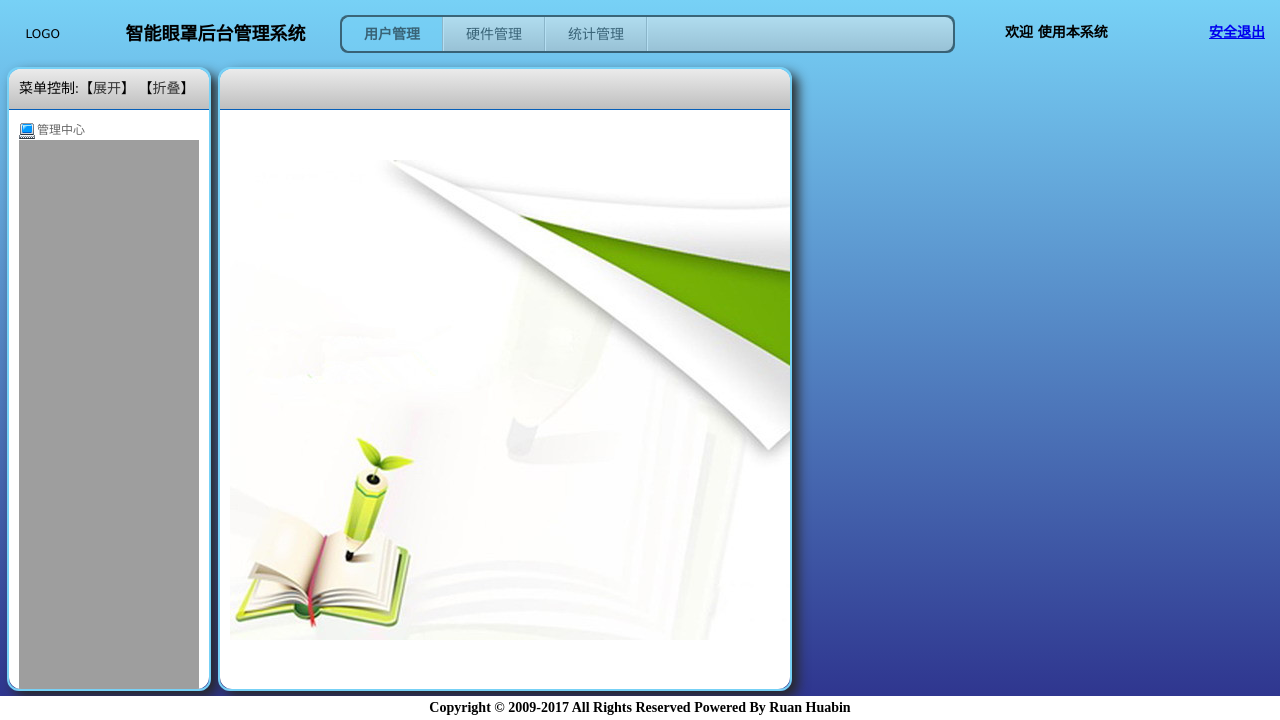
Repository: ruanhuabin/IntelliEyeShade
Page: http://localhost/IntelliEyeShade/admin/admin_login_success.jsp
An editor plug-in stored every save of this project. The page is shown before and after the next save, followed by the edit.
The browser window is 1280 px wide. The pictures show the whole page.
The page is served by Tomcat 9. Nobody is signed in. The application's start-up code is not run. Other server files are loaded and not shown.

Above is the page before, as saved 2016-11-10 09:42:33.

### IntelliEyeShade/WebRoot/admin/admin_login_success.jsp
<%@ page language="java" import="java.util.*" contentType="text/html; charset=utf-8" %>
<%
String path = request.getContextPath();
String basePath = request.getScheme()+"://"+request.getServerName()+":"+request.getServerPort()+path+"/";
%>

<!DOCTYPE html>
<html>
<head>
	<title>后台管理</title>
	<meta http-equiv="content-type" content="text/html;charset=UTF-8">
	<link rel="stylesheet" type="text/css" href="../css/index.css" />
</head>
<body>
<div id="wrapper">
	<div id="header">
		<div id="logo">LOGO</div>
		<div id="title">智能眼罩后台管理系统</div>
		<div id="menu">
			<div id="menu_container">
				<ul id="menu_items">
					<li class="menu_item on" style="border-radius:8px 0 0 8px" onmouseout="this.style.backgroundColor=''" onmouseover="this.style.backgroundColor='#77D1F6';this.style.borderRadius='8px 0 0 8px'"><a>用户管理</a></li>
					<li class="menu_item" onmouseout="this.style.backgroundColor='';this.style.fontWeight='normal'" onmouseover="this.style.backgroundColor='#77D1F6';this.style.fontWeight='bold'"><a>硬件管理</a></li>
					<li class="menu_item" onmouseout="this.style.backgroundColor='';this.style.fontWeight='normal'" onmouseover="this.style.backgroundColor='#77D1F6';this.style.fontWeight='bold'"><a>统计管理</a></li>
					<!-- <li class="menu_item" onmouseout="this.style.backgroundColor='';this.style.fontWeight='normal'" onmouseover="this.style.backgroundColor='#77D1F6';this.style.fontWeight='bold'"><a>网盘管理</a></li>
					<li class="menu_item" onmouseout="this.style.backgroundColor='';this.style.fontWeight='normal'" onmouseover="this.style.backgroundColor='#77D1F6';this.style.fontWeight='bold'"><a>相册管理</a></li>
					 <li class="menu_item" style="border-radius:8px 0 0 8px;border:0px;" onmouseout="this.style.backgroundColor='';this.style.fontWeight='normal'" onmouseover="this.style.backgroundColor='#77D1F6';this.style.borderRadius='0 8px 8px 0';this.style.fontWeight='bold'"><a>邮件管理</a></li>
					-->
				</ul>
			</div>
		</div>
		<div id="user_info">
			<div id="welcome">欢迎 ${sessionScope.loginUserName} 使用本系统</div>
			<div id="logout"><a href="<%=path%>/admin/Administrator_logout.action">安全退出</a></div>
		</div>
	</div>
	<div id="navigator">
		<iframe src="../tree.jsp"></iframe>
        </div>
	<div id="main">
		<iframe name="MainFrame" src="admin_login_main.jsp"></iframe>
	</div>
	<div id="footer">Copyright © 2009-2017 All Rights Reserved Powered By Ruan Huabin</div>
</div>
</body>
<script type="text/javascript">
function screenAdapter(){
	document.getElementById('footer').style.top=document.documentElement.scrollTop+document.documentElement.clientHeight- document.getElementById('footer').offsetHeight+"px";
		document.getElementById('navigator').style.height=document.documentElement.clientHeight-100+"px";
		document.getElementById('main').style.height=document.documentElement.clientHeight-100+"px";
		document.getElementById('main').style.width=window.screen.width-230+"px";
}

window.onscroll=function(){screenAdapter();};
window.onresize=function(){screenAdapter();};
window.onload=function(){screenAdapter();};
</script>
</html>

### IntelliEyeShade/WebRoot/css/index.css
* {
    background: none repeat scroll 0 0 transparent;
    border: 0 none;
    margin: 0;
    padding: 0;
    vertical-align: baseline;
}
body{
    min-height:600px;
    min-width:1280px;
	overflow-y:hidden;
}
#wrapper {
    background-image: -moz-linear-gradient(top,#77D1F6, #2F368F);
    background-image:-webkit-gradient(linear, left top, left bottom, color-stop(0, #77D1F6),color-stop(1, #2F368F));
    font-family: "lucida Grande",Tahoma,Arial;
    font-size: 12px;
    overflow: hidden;
    height:100%;
    width:100%;
    height:100%;
}
#header {
    float: left;
    height: 62px;
    position: relative;
    width: 100%;
    z-index: 10;
	text-align:center;
}
#logo {
	//border:1px solid red;
    float: left;
    height: 38px;
	line-height:38px;
	vertical-align:middle;
    margin: 15px 0 0 1%;
    width: 60px;
}
#title {
	//border:1px solid red;
    float: left;
    height: 38px;
	line-height:38px;
	vertical-align:middle;
    margin: 15px 0 0 1%;
    width: 260px;
	font-family:微软雅黑;
	font-size:18px;
	font-weight:bold;
	text-align:center;
}
#menu{
	position:absolute;
	left:50%;
	margin-top:15px;
	margin-left:-300px;
    float: float;
    height: 38px;
	width:615px;
	line-height:38px;
	vertical-align:middle;
	text-align:center;
    border-radius: 8px;
    background-color:#000000;
    opacity:0.5;
}
#menu_container{
    position:relative;
	margin:2px;
	height: 34px;
	line-height:34px;
    vertical-align:middle;
    border-radius: 8px;
    background-image: -moz-linear-gradient(top,#EBEBEB, #BFBFBF);
    background-image: -webkit-gradient(linear, left top, left bottom, color-stop(0, #EBEBEB),color-stop(1, #BFBFBF));
}
#menu_items{
	list-style:none;
	line-height: normal;
	height: 34px;
	line-height:34px;
	vertical-align:middle;
	font-size:14px;
	border:2px solid solid;
	border-right-style:groove;
}
.menu_item{
	display: list-item;
	float:left;
	width:100px;
	border-right:2px solid #F6F6F6;
	border-right-style:groove;
	cursor:pointer;
}
.on{
	display: list-item;
	float:left;
	width:100px;
	background:#77D1F6;
	font-weight:bold;
}
.menu_item a{
	height: 34px;
	line-height:34px;
	display:block;
}
#user_info {
    height: 35px;
	line-height:35px;
	vertical-align:middle;
    position: relative;
	float:right;
	margin-top:15px;
	margin-right:15px;
	width:240px;
    font-weight:bold;
	font-size:14px;
}
#welcome{
	left:-20px;
    position: relative;
	float:left;
}
#logout{
    position: relative;
	float:right;
}
#footer{
    position: absolute;
	float:left;
    left:0px;
    width: 100%;
    height: 25px;
    vertical-align:middle;
    line-height:25px;
	text-align:center;
	font-family:微软雅黑;
	font-size:14px;
	font-weight:bold;
	font-color:#FFF;
}
#navigator{
    position:relative;
    float:left;
    width:200px;
    margin:5px 2px 5px 2px;
    left:5px;
    border-color: #77D1F6;
    border-width: 2px;
    border-style: solid;
    border-radius: 12px;
    -moz-box-shadow: 6px 6px 12px #282828;
    -webkit-box-shadow: 6px 6px 12px #282828;
}
#main{
    position:relative;
    float:left;
    width: 80%;
    margin:5px;
    left:5px;
    border-color: #77D1F6;
    border-width: 2px;
    border-style: solid;
    border-radius: 12px 12px;
    -moz-box-shadow: 6px 6px 12px #282828;
    -webkit-box-shadow: 6px 6px 12px #282828;
}
iframe{
    height:100%;
    width:100%;
    background:#FFF;
    position:relative;
    border-radius:12px;
    overflow:hidden;
}

### IntelliEyeShade/WebRoot/tree.jsp
<%@ page language="java" import="java.util.*" contentType="text/html; charset=utf-8" %>
<%
String path = request.getContextPath();
String basePath = request.getScheme()+"://"+request.getServerName()+":"+request.getServerPort()+path+"/";
%>
<!DOCTYPE html>
<html>
<head>
	<title>导航树</title>
	<meta http-equiv="content-type" content="text/html;charset=UTF-8">
	<style type="text/css">@import url('components/dtree/dtree.css');</style>
	<script type="text/javascript">var dtreeIconBasePath = "components/dtree";</script>
	<script type="text/javascript"  src="components/dtree/dtree.js"></script>
</head>
<body>
<script type="text/javascript">
var treeMenu = [
	/* { level:1, name:"学生管理"},
	{ level:2, name:"学生列表", ico:"images/icon_default.gif",link:"students/Student_query.action"},
	{ level:1, name:"教师管理"},
	{ level:2, name:"教师列表", ico:"images/icon_default.gif",link:"role_list.html"},
	{ level:1, name:"信息管理"},
	{ level:2, name:"新闻管理", ico:"images/icon_default.gif",link:"news_list.html"},
	{ level:2, name:"公告管理", ico:"images/icon_default.gif",link:"bulletin_list.html"},
	{ level:1, name:"系统邮件", ico:"images/icon_default.gif"},
	{ level:1, name:"网络文件", ico:"images/icon_default.gif",link:"complaint_list.html"}, */
	{ level:1, name:"用户管理", ico:"images/icon_default.gif",link:"users/Users_queryByPage.action"},
	{ level:1, name:"硬件管理", ico:"images/icon_default.gif",link:"devices/Devices_queryByPage.action"},
	{ level:1, name:"统计管理", ico:"images/icon_default.gif",link:"statistics/statistics_filter.jsp"},
];
</script>
<style>
* {
    background: none repeat scroll 0 0 transparent;
    border: 0 none;
    margin: 0;
    padding: 0;
    vertical-align: baseline;
	font-family:微软雅黑;
	overflow:hidden;
}
#menuControll{
	width:100%;
	position:relative;
	word-wrap:break-word;
	border-bottom:1px solid #065FB9;
	margin:0;
	padding:0 10px;
	font-size:14px;
	height:40px;
	line-height:40px;
	vertical-align:middle;
    background-image: -moz-linear-gradient(top,#EBEBEB, #BFBFBF);
    background-image: -webkit-gradient(linear, left top, left bottom, color-stop(0, #EBEBEB),color-stop(1,
#BFBFBF));
}
</style>
<div id="menuControll">
菜单控制:【<a href="#" onclick="tree.openAll();this.blur();return false;" style="color:#333333;text-decoration:none">展开</a>】
【<a href="#" onclick="tree.closeAll();this.blur();return false;" style="color:#333333;text-decoration:none">折叠</a>】
</div>
<div class="dtree" style="margin:10px;">
<script type="text/javascript">
//建立新树
tree = new dTree('tree');
tree.config.target = "MainFrame";
tree.config.useCookies = false;
var selNum = -1;
var link = "";
//根目录
tree.add(0,-1,'管理中心', null, null, null, '', '');
var count = 0;
var pLevelIdArray = new Array();
pLevelIdArray[1] = 0;
var currLevel = 1;
for (var i=0; i<treeMenu.length; i++) {
	var item = treeMenu[i];
	var itemLevel = item.level;
	pLevelIdArray[itemLevel+1] = ++count;
	if (item.link!=null && item.link!="") {
		if (item.ico!=null) {
			tree.add(count, pLevelIdArray[itemLevel], item.name, item.link, null, null, item.ico, item.ico);
		} else {
			tree.add(count, pLevelIdArray[itemLevel], item.name, item.link);
		}
	} else {
		if (item.ico!=null) {
			tree.add(count, pLevelIdArray[itemLevel], item.name, null, null, null, item.ico, item.ico);
		} else {
			tree.add(count, pLevelIdArray[itemLevel], item.name);
		}
	}
	if (item.select) {
		selNum = count;
		link = item.link;
	}
}
document.write(tree);
tree.openAll();
if (selNum != -1) {
	tree.openTo(selNum,true);
	top.document.frames["MainFrame"].location.href=link;
}
</script>
</div>
</body>
</html>

### IntelliEyeShade/WebRoot/admin/admin_login_main.jsp
<%@ page language="java" import="java.util.*" contentType="text/html; charset=utf-8" %>
<%
String path = request.getContextPath();
String basePath = request.getScheme()+"://"+request.getServerName()+":"+request.getServerPort()+path+"/";
%>
<!DOCTYPE html>
<html>
	<meta http-equiv="content-type" content="text/html;charset=UTF-8">
	<link rel="stylesheet" type="text/css" href="../css/default.css" />
<style type="text/css">
* {
    background: none repeat scroll 0 0 transparent;
    border: 0 none;
    margin: 0;
    padding: 0;
    vertical-align: baseline;
	font-family:微软雅黑;
	overflow:hidden;
}
#navi{
	width:100%;
	position:relative;
	word-wrap:break-word;
	border-bottom:1px solid #065FB9;
	margin:0;
	padding:0;
	height:40px;
	line-height:40px;
	vertical-align:middle;
    background-image: -moz-linear-gradient(top,#EBEBEB, #BFBFBF);
    background-image: -webkit-gradient(linear, left top, left bottom, color-stop(0, #EBEBEB),color-stop(1,
#BFBFBF));
}
#naviDiv{
	font-size:14px;
	color:#333;
	padding-left:10px;
}
#tips{
	margin-top:10px;
	width:100%;
	height:40px;
}
#buttonGroup{
	padding-left:10px;
	float:left;
	height:35px;
}
.button{
	float:left;
	margin-right:10px;
	padding-left:10px;
	padding-right:10px;
	font-size:14px;
	width:70px;
	height:30px;
	line-height:30px;
	vertical-align:middle;
	text-align:center;
	cursor:pointer;
    border-color: #77D1F6;
    border-width: 1px;
    border-style: solid;
    border-radius: 6px 6px;
    -moz-box-shadow: 2px 2px 4px #282828;
    -webkit-box-shadow: 2px 2px 4px #282828;
    background-image: -moz-linear-gradient(top,#EBEBEB, #BFBFBF);
    background-image: -webkit-gradient(linear, left top, left bottom, color-stop(0, #EBEBEB),color-stop(1, #BFBFBF));
}
#mainContainer{
	padding-left:10px;
	padding-right:10px;
	text-align:center;
	width:98%;
	font-size:12px;
}
</style>
<body>
<div id="navi">
	<!-- 导航空白 -->
</div>
<div id="tips">
	<!-- 导航空白 -->
</div>
<div id="mainContainer">
   <img src="../images/welcome.jpg">
   <!--数据表格空白 -->
</div>
</body>
</html>

### IntelliEyeShade/WebRoot/components/dtree/dtree.css
/*--------------------------------------------------|
| dTree 2.05 | www.destroydrop.com/javascript/tree/ |
|---------------------------------------------------|
| Copyright (c) 2002-2003 Geir Landr?               |
|--------------------------------------------------*/

.dtree {
	font-size: 12px;
	color: #666;
	white-space: nowrap;
}
.dtree img {
	border: 0px;
	vertical-align: middle;
}
.dtree a {
	color: #333;
	text-decoration: none;
}
.dtree a.node, .dtree a.nodeSel {
	white-space: nowrap;
	padding: 1px 2px 1px 2px;
}
.dtree a.node:hover, .dtree a.nodeSel:hover {
	color: #333;
	text-decoration: underline;
}
.dtree a.nodeSel {
	background-color: #c0d2ec;
}
.dtree .clip {
	overflow: hidden;
}

### IntelliEyeShade/WebRoot/css/default.css
/* 基本样式 */


/* 去掉图片、表单边框 */
img, form {
	margin:0;
	padding:0;
	border:0;
}

/* 超链接 */
a {
	text-decoration: none;
}
a:link, a:visited {
	color:#063685;
	text-decoration:none;
}
a:hover, a:active {
	color:#FF5500;
	text-decoration:underline;
}

/* 表格 */
table.default {
	border:1px solid #0283c5;
	border-collapse:collapse;
	margin-top:5px;
}
table.default td, table.default tr.style1 td {
	padding:2 5 2 5;
	height:26px;
	border:1px solid #ffffff;
}
table.default tr, table.default tr.style1{
	background-color:#f0f0f0;
}
table.default tr.style0{
	background-color:#dfdfdf;
}
table.default tr.title td, table.default tr.ltitle td {
	font-weight:bold;
	background:#0283c5;
	color:#ffffff;
	border:1px solid #ffffff;
	white-space:nowrap;
	height:26px;
	line-height:26px;
	vertical-align:middle;
}
table.default tr.ltitle td {
	text-align:left;
}
table.default tr.title td {
	text-align:center;
	line-height:26px;
	vertical-align:middle;
}
table.default tr.subtitle td ,table.default tr.lsubtitle td {
	font-weight:bold;
	background:#69f;
	color:#ffffff;
	border:1px solid #ffffff;
	white-space:nowrap;
	height:26px;
	line-height:26px;
	vertical-align:middle;
}
table.default tr.lsubtitle td {
	text-align:left;
}
table.default tr.subtitle td {
	text-align:center;
}

table.default tr.strong td {
	font-weight:bold;
	background:#DDD;
}

table.default tr.stronghl td {
	font-weight:bold;
	background:#FFCC99;
	text-align:center;
}

table.default tr.hl td {
	background:#ffffcc/*#FFFF99*/;
}

table.default td.item {
	font-weight:bold;
	color:#333333;
	text-align:right;
}

table.default td.text {
	line-height:150%;
}

table.default td.opt {
	background:#FFFF99;
	padding-right:10px;
}

table.explain {
	margin-top:5px;
	margin-bottom:5px;
}
table.explain td {
	font-family:宋体;
	font-size:12px;
	border:1px solid #333333;
	background:#f0f0f0;
	padding:8px;
	line-height:120%;
}

table.pages {
	border:0;
}
table.pages td {
	height:26px;
}

table.reswb {
	border:1px solid #0283c5;
	border-collapse:collapse;
	margin-top:10px;
}

table.reswb tr.title td {
	padding:2 5 2 5;
	font-weight:bold;
	background:#0283c5;
	color:#ffffff;
	border:1px solid #ffffff;
	white-space:nowrap;
	height:26px;
	line-height:26px;
	vertical-align:middle;
}

table.default tr.list{
	text-align: center;
	line-height:26px;
	vertical-align:middle;
}

/* 普通信息 */
div.info {
	padding:5px 5px 5px 2px;
	margin-top:10px;
}

/* 前台导航用 */
.tdnormal {
	border-bottom:1px solid white;
}

.tdselected {
	border:1px solid white;
	border-bottom:0;
	font-weight:bold;
}
.navtab td {
	height:30px;
	color:white;
	font-size:9pt;
	text-align:center;
}
a.navbar, a.navbar:visited, a.navbar:active {text-decoration: none;color:#FFF;}
a.navbar:hover {text-decoration: underline;color:#FFF;}


/* 错误信息 */
.errorBox {
	border:1px solid #ff0000;
	padding:5px;
	background:#FFCCCC;
}
.errorMessage {
	color:#cc0000;
}
ul {
	margin-left:30px;
	margin-top:0;
	margin-bottom:0;
}

/* 分页页码样式 */
.selectedPage {
	border:1px solid #999999;
	background:#ffffcc;
	color:#000000;
	padding:0 3px 2px 3px;
}
.noSelectedPage {
	padding:0 3px 0 3px;
}
a.page {
	font-size:12px;
	text-decoration: none;
}
a.page:link, a.page:visited {
	color:#0044DD;
	text-decoration:none;
}
a.page:hover, a.page:active {
	color:#FF5500;
	text-decoration:none;
}

/* 表单元素样式 */
.input_text {
	width:200px;
	margin-right:5px;
}
.notNull {
	color:red;
}
.notice {
	color:#20A8F0;
}

/* 后台任务链接样式 */
a.navlink {
	font-family:宋体;
	height:25px;
	font-weight:normal;
	letter-spacing:1px;
	padding:4 5 0 5;
	background:#e0e0e0;
	border:2px outset;
	FILTER: progid:DXImageTransform.Microsoft.Gradient(GradientType=0, StartColorStr=#ffffff, EndColorStr=#20A8F0);
}

a.navlink {text-decoration: none;color:#000000;}
a.navlink:visited {text-decoration: none;color:#000000;}
a.navlink:active {text-decoration: none;color:#0044DD;}
a.navlink:hover {text-decoration: none;color:#FF5500;}

/* 操作按钮 */
div.oper {
	margin:5px;
	text-align:right;
}

div.oper input {
	margin-left:5px;
	margin-right:5px;
}

/* 背景色 */
.fbg {
	background:#065FB9;
}
.bbg {
	background:#04477C;
}

/* tooltip */
/*
span.tip {
	cursor:default;
}
#tooltip {
	position: absolute;
	z-index: 3000;
	border: 1px solid #111;
	background-color: #eee;
	padding: 5px;
	opacity: 0.85;
}
#tooltip h3, #tooltip div {
	font-size:12px;
	margin: 0;
}
*/

/* 特殊高亮文本 */
span.spec {
	color:#003399;
}

/* 特殊灰色文本 */
span.gray {
	color:#666;
}

/* 黄色背景 */
.bg1 {
	background:#FFCC99;/*#FFFF99;*/
}

/* 绿色背景 */
.bg2 {
	background:#99CC99;
}

/* 文章样式 */

div.title {
	font-size:16px;
	font-weight:bold;
	background:#FFFF99;
	border-bottom:2px solid #000;
	padding:5px;
	margin-bottom:10px;
}

div.content {
	font-size:14px;
	line-height:150%;
}

div.faq-q {
	padding:5px;
	background:#DDD;
	font-weight:bold;
}

div.faq-a {
	padding:5px;
	line-height:150%;
	font-size:16px;
}

/* 问卷样式 */
.option {
	margin-right:10px;
}

.answer {
	background:#060;
	color:white;
	font-weight:bold;
	padding:2px;
}

table.stat {
	border-collapse:collapse;
}
table.stat td {
	border:0;
	padding-left:20px;
}
hr.percent {
	height:10px;
	color:#093;
	border:1px solid black;
}

td.indent {
	padding-left:10px;
}

#page_explain {
	display:none;
}

#navDiv {
	color:#333;
	padding-left:10px;
	line-height:30px;
	background:#CCFF99;
	border-bottom:1px solid #065FB9;
	height:30px;
	padding-top:6px;
}
/*--------分页样式-----------*/
.pager-top {
    overflow:hidden;
    padding:5px 10px 0;
    color:#333333;
    font-family:Tahoma,Verdana,sans-serif,simsun;
    font-size:12px;
    margin-top:10px;
    border-bottom:1px solid #D8DFEA;
}
.pager-top span {
    float:left;
    padding-bottom:6px;
}
.pagerpro {
    float:right;
    list-style-image:none;
    list-style-position:outside;
    list-style-type:none;
    margin:0;
    padding:0;
}
.pagerpro li {
    display:inline;
    float:left;
}
.pagerpro li a.chn {
    font-size:12px;
}
.pagerpro li a {
    display:block;
    font-size:11px;
    padding:3px 3px 2px;
    color:#005EAC;
    text-decoration:none;
}
.pagerpro li a.chn:hover {
    border-bottom:1px solid #005EAC;
}
.pagerpro li a:hover {
    background:#005EAC none repeat scroll 0 0;
    border-bottom:2px solid #005EAC;
    border-color:#D8DFEA #D8DFEA #005EAC;
    color:#FFFFFF;
    text-decoration:none;
}
.pagerpro li.current a, .pagerpro li.current a:hover {
    background:transparent none repeat scroll 0 0;
    border-bottom:2px solid #005EAC;
    border-color:#005EAC;
    color:#005EAC;
    font-weight:700;
    padding-left:2px;
    padding-right:2px;
}
.marquee_txt{
	font-size:12px;
	font-family:"微软雅黑";
	margin-top:5px;
	margin-left:auto;
    margin-right:auto;
    width:222px;
}

Loaded but not shown: IntelliEyeShade/WebRoot/components/dtree/dtree.js (347 lines, source omitted)

After the next save:
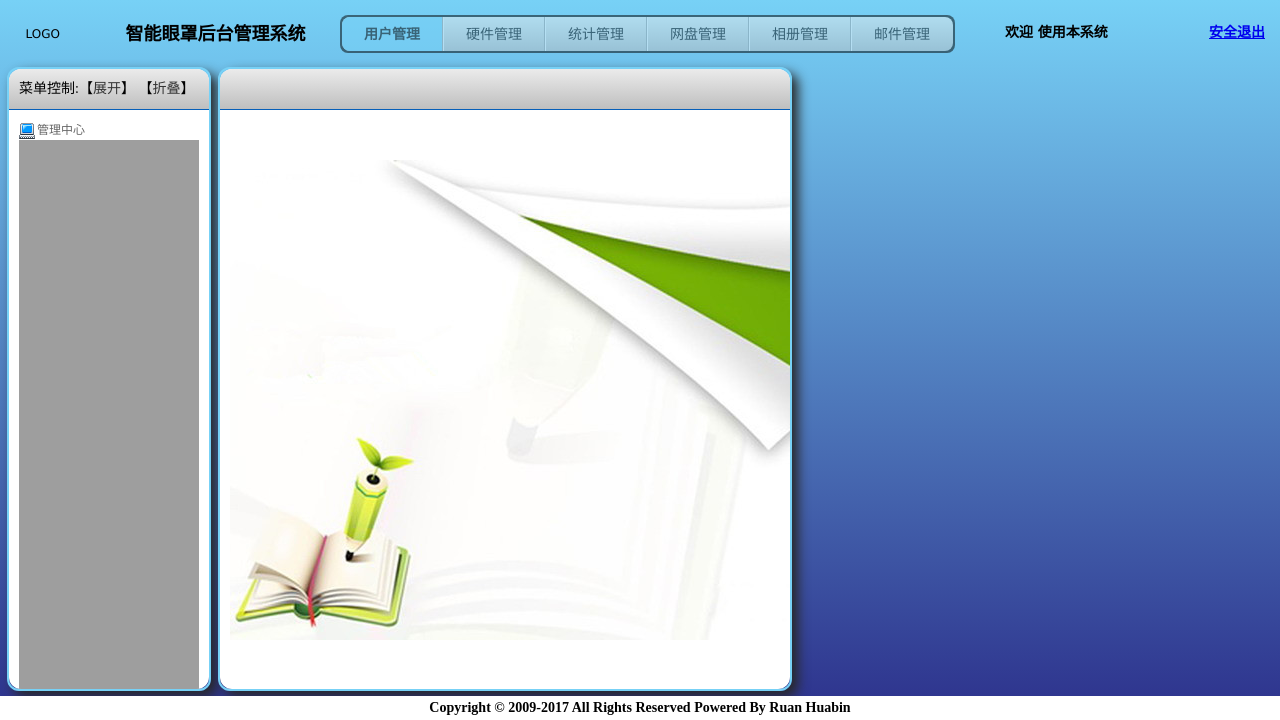
Saved 3 min 0 s later.
--- a/IntelliEyeShade/WebRoot/admin/admin_login_success.jsp
+++ b/IntelliEyeShade/WebRoot/admin/admin_login_success.jsp
@@ -22,10 +22,10 @@ String basePath = request.getScheme()+"://"+request.getServerName()+":"+request.
 					<li class="menu_item on" style="border-radius:8px 0 0 8px" onmouseout="this.style.backgroundColor=''" onmouseover="this.style.backgroundColor='#77D1F6';this.style.borderRadius='8px 0 0 8px'"><a>用户管理</a></li>
 					<li class="menu_item" onmouseout="this.style.backgroundColor='';this.style.fontWeight='normal'" onmouseover="this.style.backgroundColor='#77D1F6';this.style.fontWeight='bold'"><a>硬件管理</a></li>
 					<li class="menu_item" onmouseout="this.style.backgroundColor='';this.style.fontWeight='normal'" onmouseover="this.style.backgroundColor='#77D1F6';this.style.fontWeight='bold'"><a>统计管理</a></li>
-					<!-- <li class="menu_item" onmouseout="this.style.backgroundColor='';this.style.fontWeight='normal'" onmouseover="this.style.backgroundColor='#77D1F6';this.style.fontWeight='bold'"><a>网盘管理</a></li>
+					<li class="menu_item" onmouseout="this.style.backgroundColor='';this.style.fontWeight='normal'" onmouseover="this.style.backgroundColor='#77D1F6';this.style.fontWeight='bold'"><a>网盘管理</a></li>
 					<li class="menu_item" onmouseout="this.style.backgroundColor='';this.style.fontWeight='normal'" onmouseover="this.style.backgroundColor='#77D1F6';this.style.fontWeight='bold'"><a>相册管理</a></li>
 					 <li class="menu_item" style="border-radius:8px 0 0 8px;border:0px;" onmouseout="this.style.backgroundColor='';this.style.fontWeight='normal'" onmouseover="this.style.backgroundColor='#77D1F6';this.style.borderRadius='0 8px 8px 0';this.style.fontWeight='bold'"><a>邮件管理</a></li>
-					-->
+
 				</ul>
 			</div>
 		</div>
